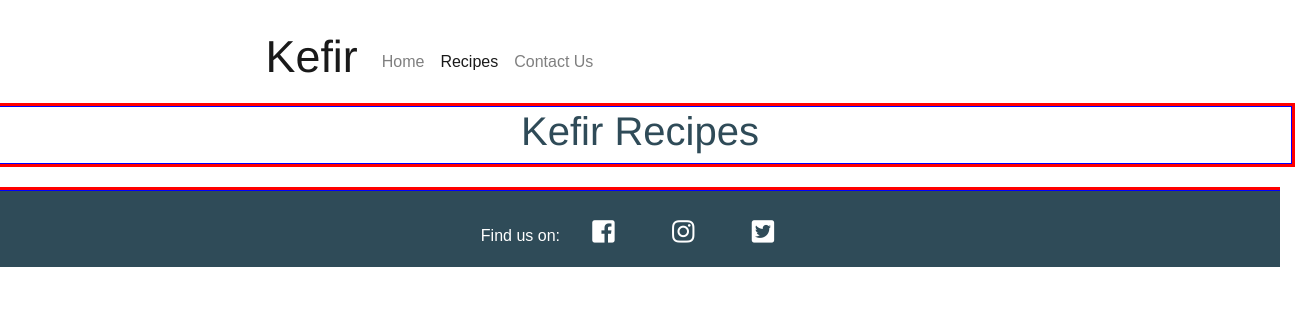
Repository: Code-Institute-Submissions/andna5980-kefir-repo_JuneResub
Page: recipes.html
An editor plug-in stored every save of this project. The page is shown before and after the next save, followed by the edit.
The browser window is 1280 px wide. The page is 1295 px wide, so the pictures cover 1295 px, including what lies to the right of the window. The pictures show the whole page.
Some web fonts or font styles are not loaded; a fallback is used. Some web libraries are served in a nearby version.

Above is the page before, as saved 2021-03-02 19:55:19.

After the next save:
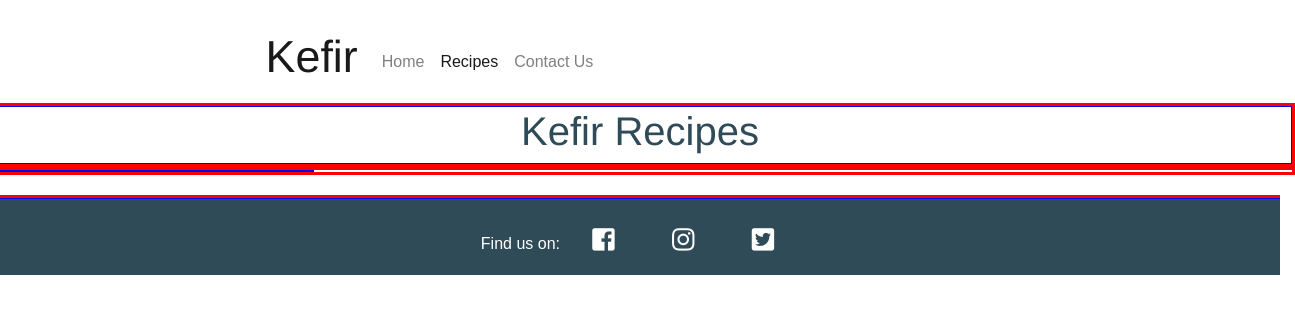
Saved 8 min 23 s later.
--- a/recipes.html
+++ b/recipes.html
@@ -54,7 +54,13 @@
     </section>
 
 
+    <section>
+        <div class="test-red row">
+            <div class="test-blue col-12 col-sm-6 col-md-4 col-lg-3">
 
+            </div>
+        </div>
+    </section>
 
 
 
